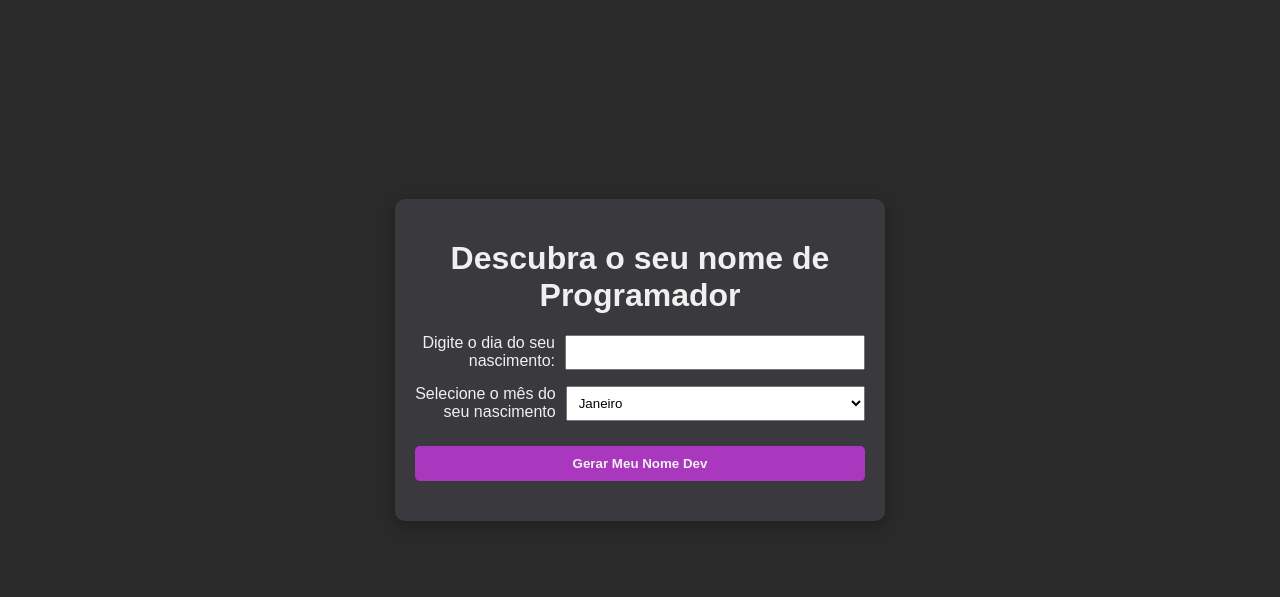
Repository: analessp/seu-nome-dev
Page: index.html
These files come from the project's save history. The page is drawn as it stood at one moment and after the next save; the edit follows.
The browser window is 1280 px wide. The pictures show the whole page.

Above is the page before, as saved 2025-05-13 11:37:43.

After the next save:
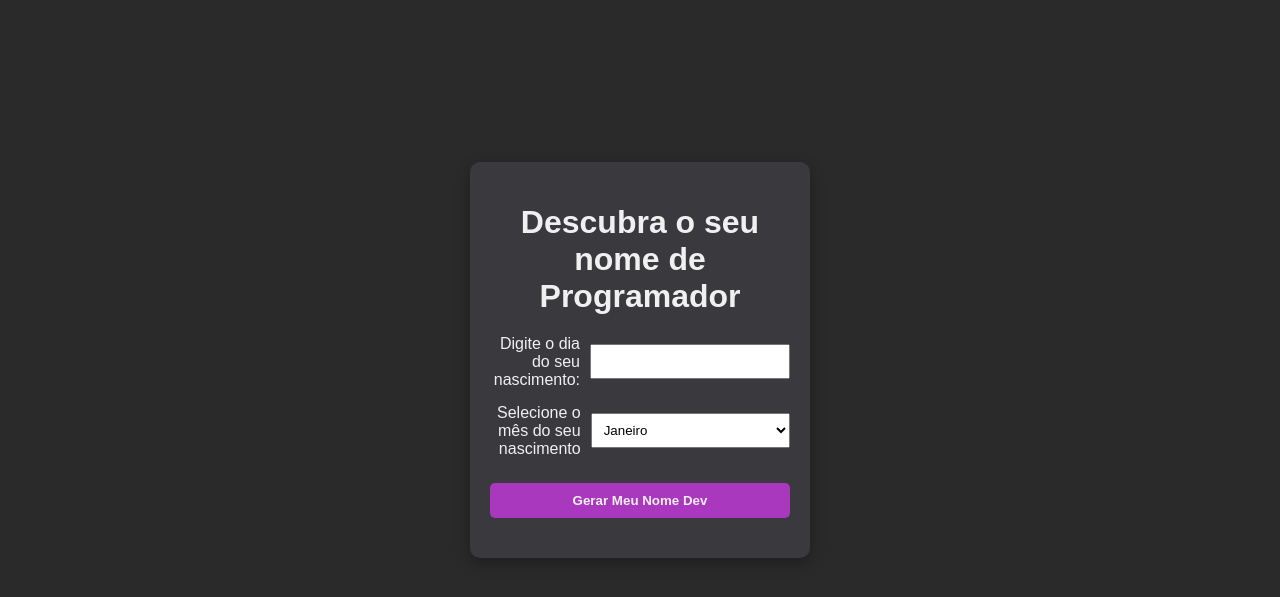
Saved 15 s later.
--- a/styles.css
+++ b/styles.css
@@ -14,7 +14,7 @@ body {
     padding: 20px;
     border-radius: 10px;
     box-shadow: 0px 5px 15px rgba(0, 0, 0, 0.3);
-    width: 450px;
+    width: 300px;
 }
 
 h1 {
